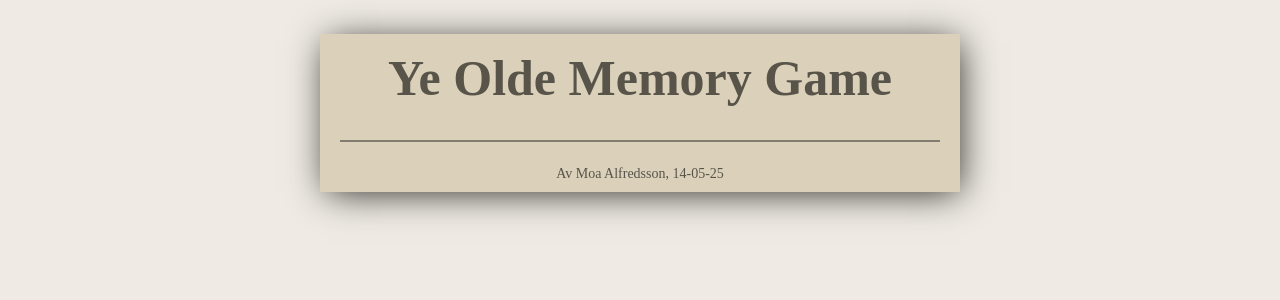
Repository: ma223md/1dv403-laborationer
Page: 3-gameon/memory/index.html
The author's editor kept a record of every edit. The page is drawn from the files as they stood at one moment, then again after the next edit.
The browser window is 1280 px wide. The pictures show the whole page.
Some web fonts or font styles are not loaded; a fallback is used.

Above is the page before.

### 3-gameon/memory/index.html
<!DOCTYPE html>
<html>
    <head>
        <meta charset="UTF-8" />
        <link rel="stylesheet" href="memorystyle.css" />
        <script src="js/message.js"></script>
        <title>Memory - Game on!</title>
    </head>

    <body>
        <div id="container">
            <header>
                <h1>Ye Olde Memory Game</h1>
            </header>

            <main>
                <div id="memoryboard"></div>
            </main>

            <footer>
                <p>Av Moa Alfredsson, 14-05-25</p>
            </footer>
        </div>
    </body>
</html>

### 3-gameon/memory/css/memorystyle.css
@font-face {
    font-family: headline;
    src: url(../fonts/OldLondon.ttf);
}

@font-face {
    font-family: article;
    src: url(../fonts/linowrite.ttf);
}

body
{
    background-color: #efebe4;
}

header h1 {
    text-align: center;
    padding-top: 15px;
    color: #58544A;
    font-family: headline;
    font-size: 50px;
}

#container {
    display: block;
    margin-left: auto;
    margin-right: auto;
    width: 600px;
    background-color: #dbd1ba;
    padding-left: 20px;
    padding-right: 20px;
    -webkit-box-shadow: 3px 4px 35px -4px rgba(38,35,32,1);
    -moz-box-shadow: 3px 4px 35px -4px rgba(38,35,32,1);
    box-shadow: 3px 4px 35px -4px rgba(38,35,32,1);
}

main {
    border-style: solid;
    border-width: 1px;
    border-color: #837D70;
}

p {
    font-family: article;
    font-size: 14px;
    text-align: center;
    padding-top: 10px;
    padding-bottom: 10px;
    padding-left: 20px;
    padding-right: 20px;
    color: #58544A;
    word-wrap: break-word;
}

footer {
    font-size: 12px;
}

### 2-labbymezzage/js/message.js
"use strict";

function Message(message, date) {

        this.getText = function(){
            return message;
        };

        this.setText = function(_text) {
            message = _text;
        };

        this.getDate = function(){
            return date;
        };

        this.setDate = function(_date) {
           date = _date;
        };
    }

    Message.prototype.toString = function() {
        return this.getText() + " (" + this.getDate() + ")";
    };

    Message.prototype.getHTMLText = function() {
        return this.getText().replace(/[\n\r]/g, "<br/>");
    };

    Message.prototype.getDateText = function() {
        return this.getDate().toLocaleTimeString() + "  ";
    };

### 3-gameon/memory/js/random.js
var RandomGenerator = {

	/*
		Denna metod tar antalet rader och columner som inparameter.

		Metoden returnerar en array innehållandes utslumpade tal mellan 1 och (rows*cols)/2. Varje tal representeras två
		gånger och motsvarar således en spelbricka.

		I en 4*4 matris kan Arrayen t.ex. se ut så här:
		[1,2,6,8,6,2,5,3,1,3,7,5,8,4,4,7]

		I en 2*4 matris kan Arrayen t.ex. se ut så här:
		[3,4,4,1,2,1,2,3]
	*/

	getPictureArray: function(rows, cols)
	{
		var numberOfImages = rows*cols;
		var maxImageNumber = numberOfImages/2;

	   	var imgPlace = [];

	   //Utplacering av bilder i Array
	   for(var i=0; i<numberOfImages; i++)
		  imgPlace[i] = 0;

		for(var currentImageNumber=1; currentImageNumber<=maxImageNumber; currentImageNumber++)
		{
			var imageOneOK = false;
			var imageTwoOK = false;

			do
			{
				if(imageOneOK == false)
				{
					var randomOne = Math.floor( (Math.random() * (rows*cols-0) + 0) );

					if( imgPlace[randomOne] == 0 )
					{
						imgPlace[randomOne] = currentImageNumber;
						imageOneOK = true;
					}
				}

				if(imageTwoOK == false)
				{
					var randomTwo = Math.floor( (Math.random() * (rows*cols-0) + 0) );

					if( imgPlace[randomTwo] == 0 )
					{
						imgPlace[randomTwo] = currentImageNumber;
						imageTwoOK = true;
					}
				}
			}
			while(imageOneOK == false || imageTwoOK == false);
		}

		return imgPlace;
	}
}

### 3-gameon/memory/js/memory.js
"use strict"

var Memory = {
    init: function(){
        // create a memory game, call function
        Memory.newGame();
    },

    // function for new game
    newGame: function(){
        var memorybricks = RandomGenerator.getPictureArray(4,4);

        // create new elements to test randomized array
        var div = document.getElementById("memoryboard"),
        text = document.createElement("p");

        text.innerHTML = Memory.memorybricks;
        div.appendChild(text);

        // create table for memoryboard
        var memorytable = document.createElement("table")
        div.appendChild(memorytable);

        // add each arrayitem to table
        for (var i = 0; i < memorybricks.length; i++){
            //call function for creating brick
            newBrick(i);
        }

        //function for creating bricks
        newBrick = function(i){
            var brickgrid = document.createElement("td"),
            link = document.createElement("a"),
            picture = document.createElement("img");
            memorytable.appendChild(brickgrid);
            brickgrid.appendChild(link);
            link.appendChild(picture);
        }
    },
};

window.onload = Memory.init;  //init run when site is loaded

After the next edit:
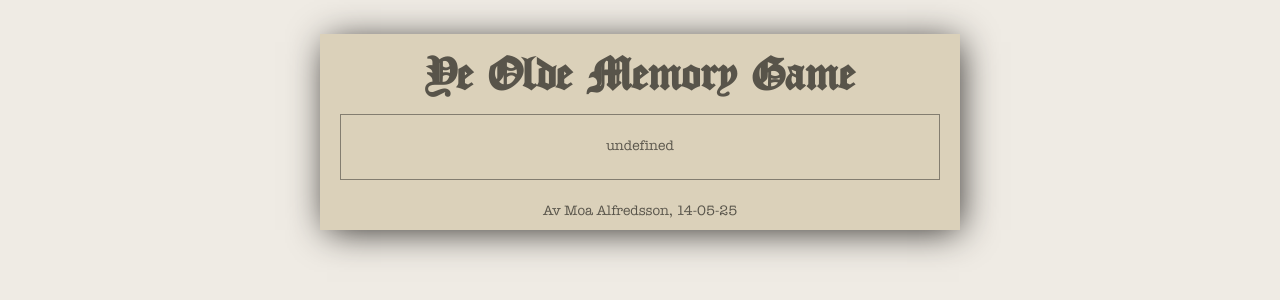
Console error: ReferenceError: newBrick is not defined
The edit:
--- a/3-gameon/memory/index.html
+++ b/3-gameon/memory/index.html
@@ -2,8 +2,10 @@
 <html>
     <head>
         <meta charset="UTF-8" />
-        <link rel="stylesheet" href="memorystyle.css" />
-        <script src="js/message.js"></script>
+        <link rel="stylesheet" href="css/memorystyle.css" />
+        <script src="js/random.js"></script>
+        <script src="js/memory.js"></script>
+
         <title>Memory - Game on!</title>
     </head>
 
